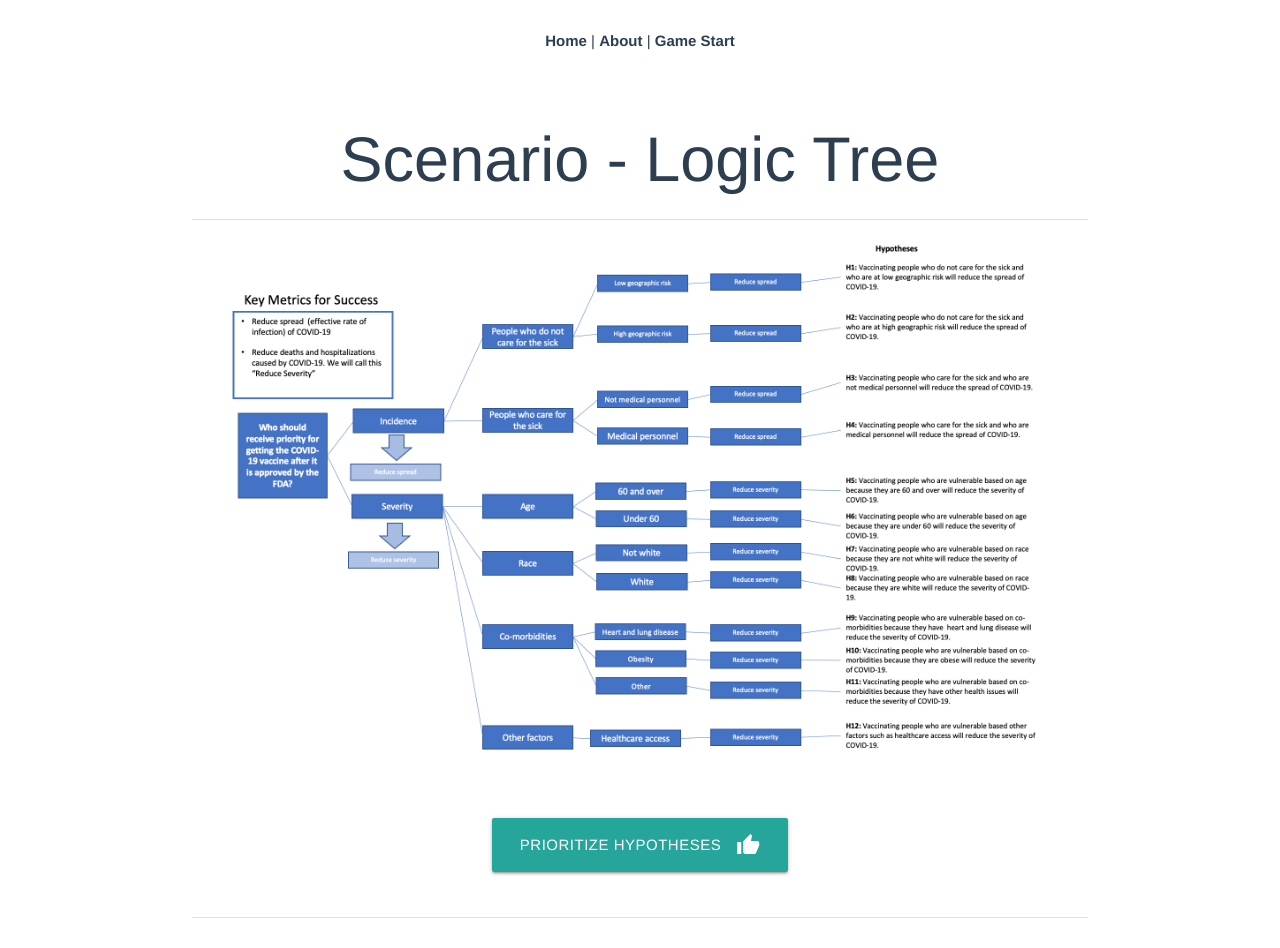
Repository: gallard28/posc4210app
Page: /#/scenario
An editor plug-in stored every save of this project. The page is shown before and after the next save, followed by the edit.
The browser window is 1280 px wide. The pictures show the whole page.
The project was rebuilt for these pictures with package versions that can differ from the ones it lists, and the page was loaded fresh each time. Also part of the build but not shown: src/views/Home.vue, src/views/Start.vue.

Above is the page before, as saved 2020-09-20 20:40:38.

### public/index.html
<!DOCTYPE html>
<html lang="en">
  <head>
    <meta charset="utf-8">
    <meta http-equiv="X-UA-Compatible" content="IE=edge">
    <meta name="viewport" content="width=device-width,initial-scale=1.0">
    <link rel="icon" href="<%= BASE_URL %>favicon.ico">
    <title><%= htmlWebpackPlugin.options.title %></title>

    <!-- Materialize CSS -->
    <!-- Compiled and minified CSS -->
    <link rel="stylesheet" href="https://cdnjs.cloudflare.com/ajax/libs/materialize/1.0.0/css/materialize.min.css">

    <!-- Compiled and minified JavaScript -->
    <script src="https://cdnjs.cloudflare.com/ajax/libs/materialize/1.0.0/js/materialize.min.js"></script>

    <!-- Google Fonts -->
    <link href="https://fonts.googleapis.com/icon?family=Material+Icons" rel="stylesheet">

  </head>
  <body>
    <noscript>
      <strong>We're sorry but <%= htmlWebpackPlugin.options.title %> doesn't work properly without JavaScript enabled. Please enable it to continue.</strong>
    </noscript>
    <div id="app"></div>
    <!-- built files will be auto injected -->
  </body>
</html>

### src/App.vue
<template>
  <div id="app">
    <div id="nav">
      <router-link to="/">Home</router-link> |
      <router-link to="/about">About</router-link> |
      <router-link to="/start">Game Start</router-link>
    </div>
    <router-view/>
  </div>
</template>

<style>
#app {
  font-family: Avenir, Helvetica, Arial, sans-serif;
  -webkit-font-smoothing: antialiased;
  -moz-osx-font-smoothing: grayscale;
  text-align: center;
  color: #2c3e50;
}

#nav {
  padding: 30px;
}

#nav a {
  font-weight: bold;
  color: #2c3e50;
}

#nav a.router-link-exact-active {
  color: #42b983;
}
</style>

### src/router/index.js
import Vue from 'vue'
import VueRouter from 'vue-router'
import Home from '../views/Home.vue'
import Start from '../views/Start.vue'
import Scenario from '../views/Scenario.vue'

Vue.use(VueRouter)

const routes = [
  {
    path: '/',
    name: 'Home',
    component: Home
  },
  {
    path: '/start',
    name: 'Start',
    component: Start
  },
  {
    path: '/scenario',
    name: 'Scenario',
    component: Scenario
  },
  {
    path: '/about',
    name: 'About',
    // route level code-splitting
    // this generates a separate chunk (about.[hash].js) for this route
    // which is lazy-loaded when the route is visited.
    component: () => import(/* webpackChunkName: "about" */ '../views/About.vue')
  }
]

const router = new VueRouter({
  routes
})

export default router

### src/views/Scenario.vue
<template>
  <div class="scenario container">
    <h1>Scenario - Logic Tree</h1>
    <div class="divider"></div>
    <div class="section">
      <div class="row">
        <div class="col s12">
          <img src="@/assets/Logic Tree_COVID vaccine.png" class="responsive-img">
        </div>
      </div>
    </div>
      <div class="start-button">
          <router-link to="/scenario">
            <a class="waves-effect waves-light btn-large">
                Prioritize hypotheses
                <i class="material-icons right">thumb_up</i>
            </a>
          </router-link>
        </div> <br><br>
    <div class="divider"></div>
    <div class="section"></div>
  </div>
</template>

<script>
export default {
  name: "scenario"

}
</script>

<style scoped>

</style>

Loaded but not shown: src/main.js (common file)

After the next save:
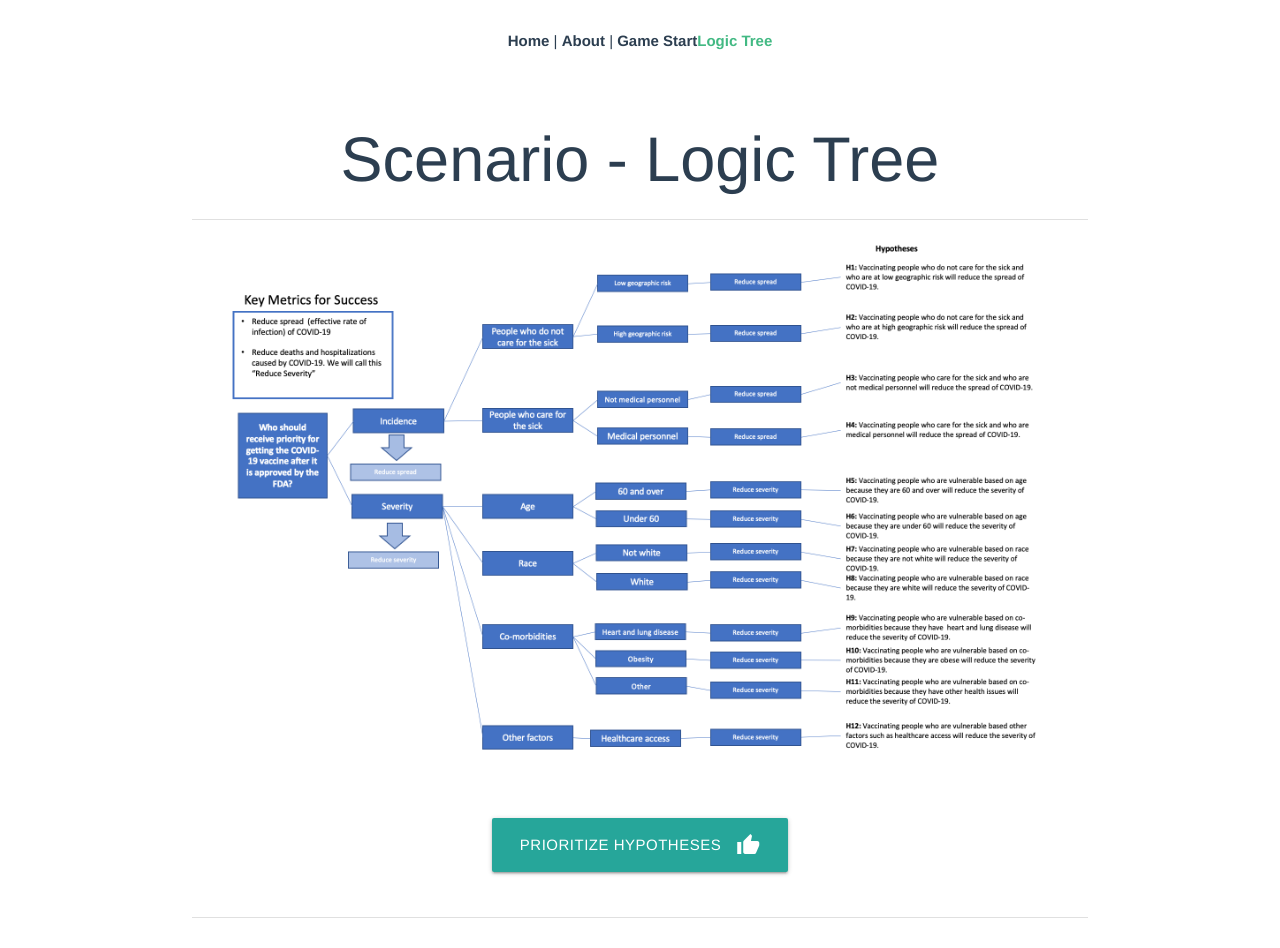
Saved 22 s later.
--- a/src/App.vue
+++ b/src/App.vue
@@ -4,6 +4,7 @@
       <router-link to="/">Home</router-link> |
       <router-link to="/about">About</router-link> |
       <router-link to="/start">Game Start</router-link>
+      <router-link to="/scenario">Logic Tree</router-link>
     </div>
     <router-view/>
   </div>
